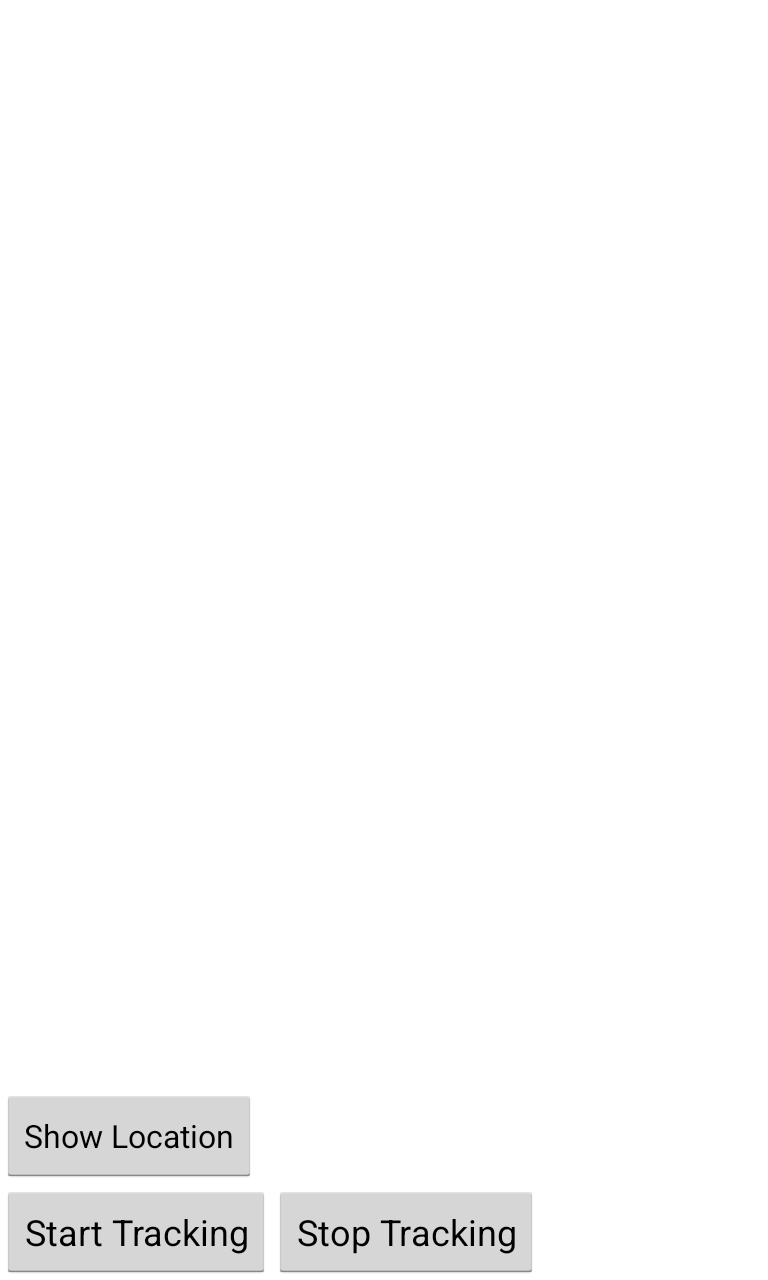
Repository: Jonieye/gps-story
Layout: Workspace/com.joni.android.first/res/layout/activity_main.xml
An editor plug-in stored every save of this project. The layout is shown before and after the next save, followed by the edit.
It is drawn on a 768 x 1280 px phone screen (xhdpi) without system bars, with theme AppTheme; the app's code is not run.

Above is the layout before, as saved 2014-10-18 12:00:46.

After the next save:
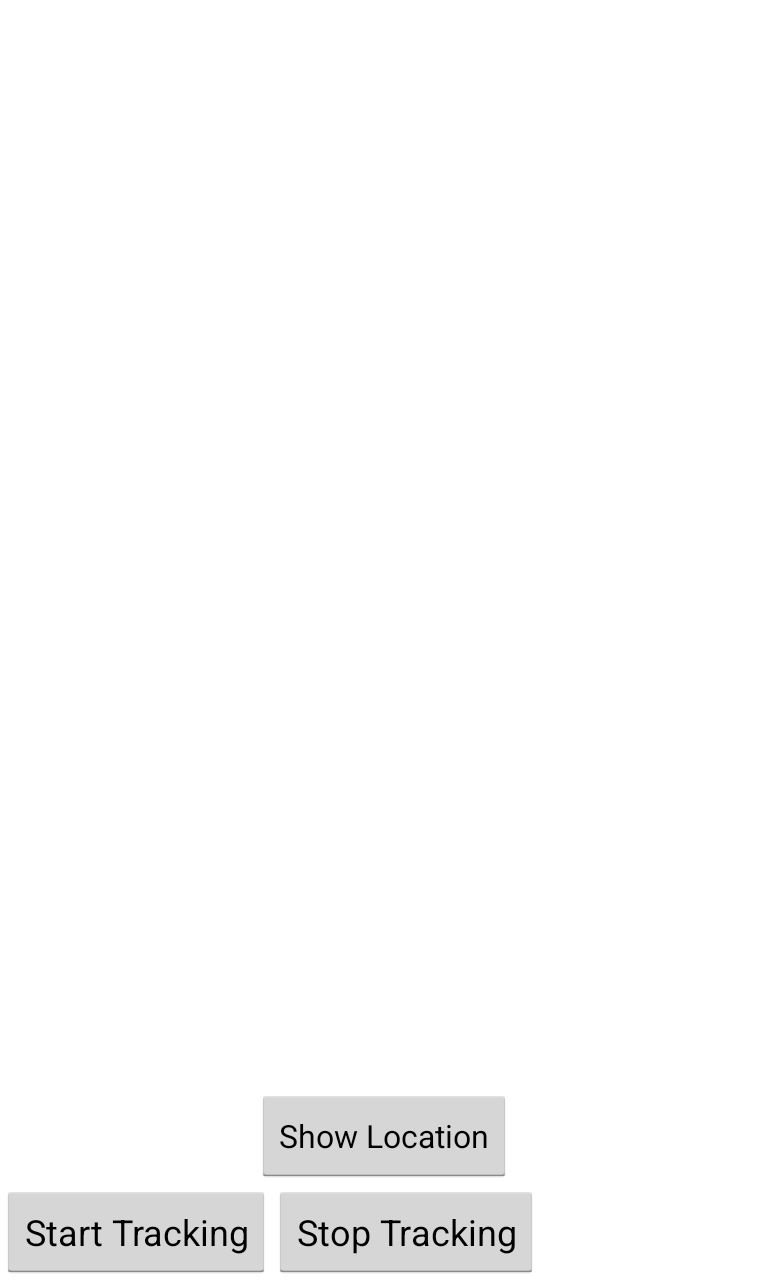
Saved 57 s later.
--- a/Workspace/com.joni.android.first/res/layout/activity_main.xml
+++ b/Workspace/com.joni.android.first/res/layout/activity_main.xml
@@ -15,13 +15,15 @@
         android:layout_height="wrap_content"
         android:layout_gravity="bottom|center"
         android:orientation="vertical" >
+
 	 	<Button
-        	android:id="@+id/showLocation"
-            style="@style/AppTheme"
-            android:gravity="center"
-            android:layout_width="wrap_content"
-            android:layout_height="wrap_content"
-            android:text="Show Location" />
+	 	    android:id="@+id/showLocation"
+	 	    style="@style/AppTheme"
+	 	    android:layout_width="wrap_content"
+	 	    android:layout_height="wrap_content"
+	 	    android:layout_gravity="bottom|center"
+	 	    android:gravity="center"
+	 	    android:text="Show Location" />
 
         <LinearLayout
             android:layout_width="wrap_content"
@@ -31,6 +33,7 @@
                 android:id="@+id/startLocation"
                 android:layout_width="wrap_content"
                 android:layout_height="wrap_content"
+                android:layout_gravity="bottom|left"
                 android:minWidth="50dip"
                 android:text="Start Tracking" />
 
@@ -38,7 +41,9 @@
                 android:id="@+id/stopLocation"
                 android:layout_width="wrap_content"
                 android:layout_height="wrap_content"
+                android:layout_gravity="bottom|right"
                 android:text="Stop Tracking" />
+
         </LinearLayout>
     </LinearLayout>
 
